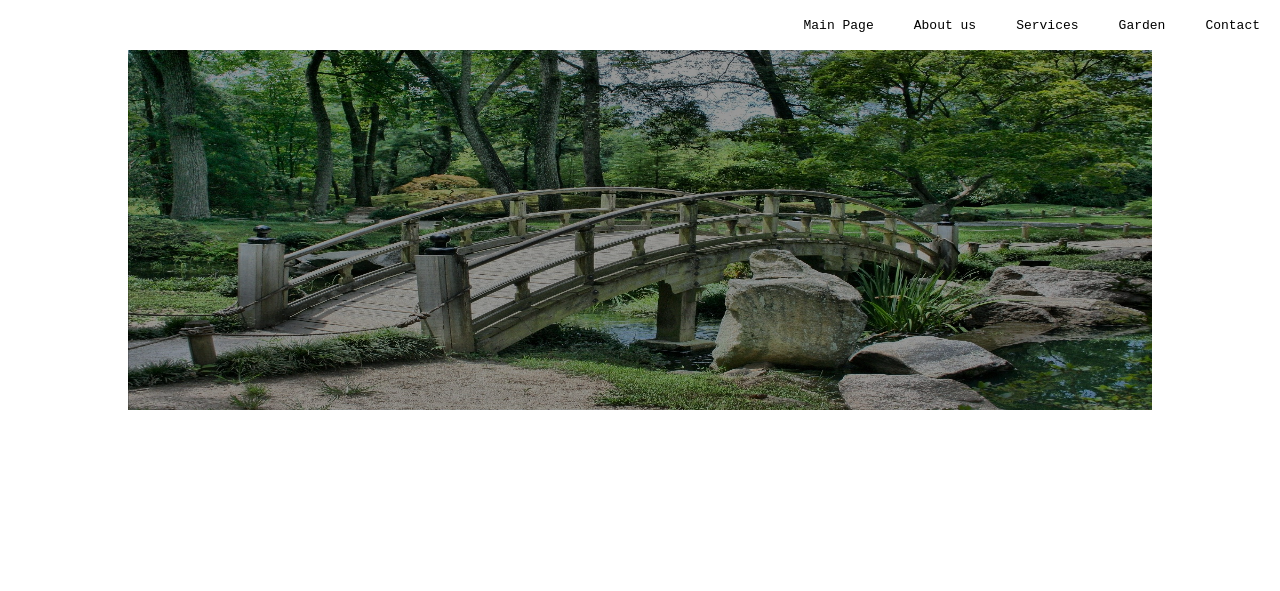
Repository: PatryxB/garden
Page: http://localhost/
These files come from the project's save history. The page is drawn as it stood at one moment and after the next save; the edit follows.
The browser window is 1280 px wide. The pictures show the whole page.
Some web fonts or font styles are not loaded; a fallback is used. The page is served by the project's Laravel application, run on PHP 8.4 with Laravel 8. Style sheets and scripts are compiled from the project's sources, by tool versions that may differ from the author's.

Above is the page before, as saved 2020-05-01 21:37:43.

After the next save:
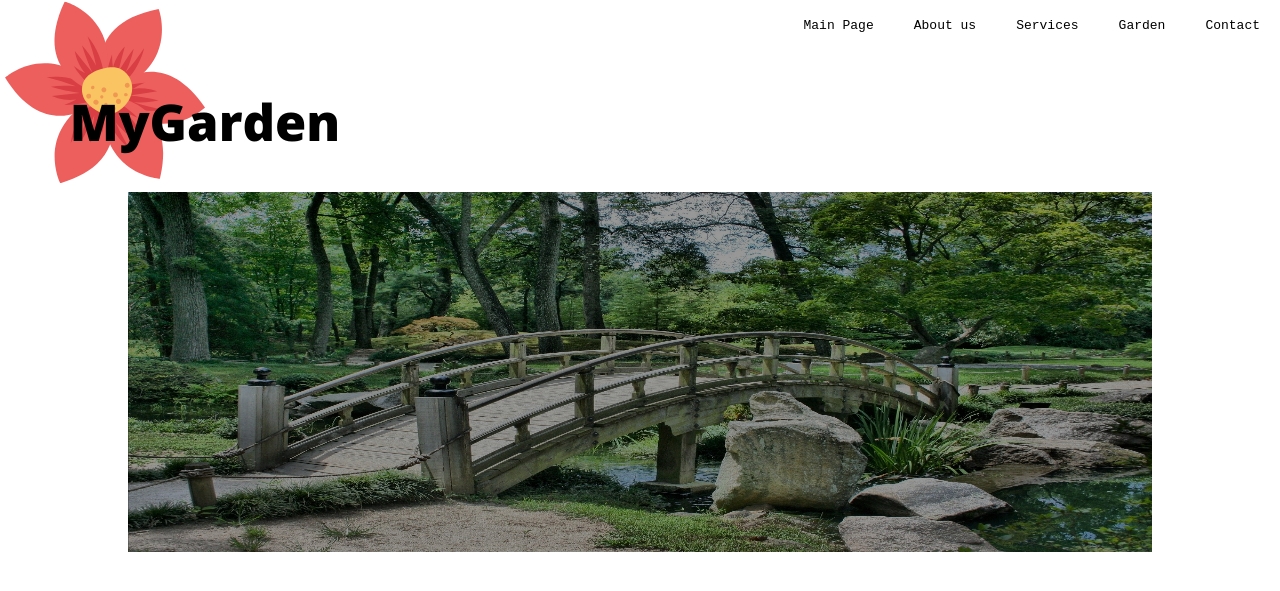
Saved 52 s later.
--- a/resources/views/welcome.blade.php
+++ b/resources/views/welcome.blade.php
@@ -13,7 +13,7 @@
     <body>
 
         <nav>
-            <img src="" alt="">
+            <img src="{{asset('/img/MyGarden.png')}}" alt="">
             <ul>
                 <li><a href="">Main Page</a></li>
                 <li><a href="">About us</a></li>
